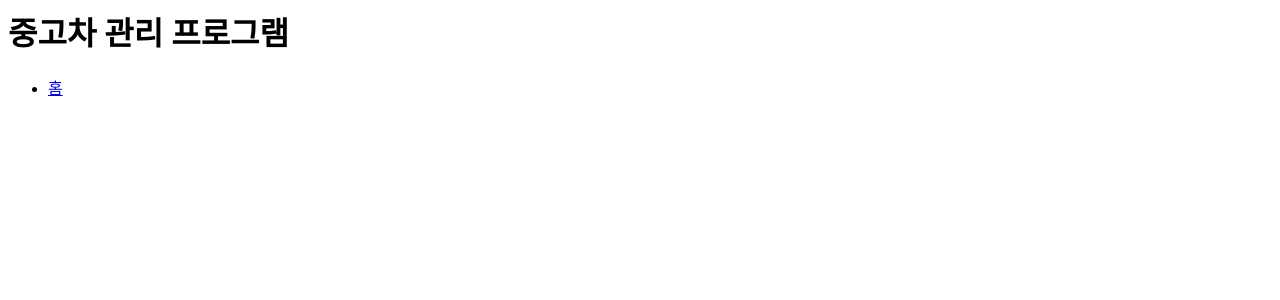
Repository: balhyo-younjisang/DigitechJSP
Page: http://localhost/car/component/header.jsp
The author's editor kept a copy of each file at every save. The page is drawn from the files as they stood at one save, then again after the next save.
The browser window is 1280 px wide. The pictures show the whole page.
The page is served by Tomcat 9.

Above is the page before, as saved 2025-04-17 06:37:11.

After the next save:
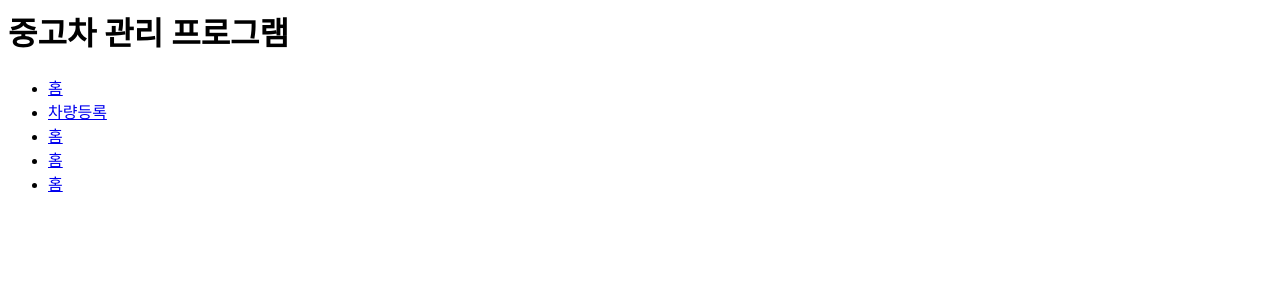
Saved 8 s later.
--- a/pizza0403/car/src/main/webapp/component/header.jsp
+++ b/pizza0403/car/src/main/webapp/component/header.jsp
@@ -7,6 +7,10 @@
 	<nav>
 		<ul class="gnb">
 			<li><a href="index.jsp">홈</a></li>
+			<li><a href="index.jsp">차량등록</a></li>
+			<li><a href="index.jsp">홈</a></li>
+			<li><a href="index.jsp">홈</a></li>
+			<li><a href="index.jsp">홈</a></li>
 		</ul>
 	</nav>
 </header>
